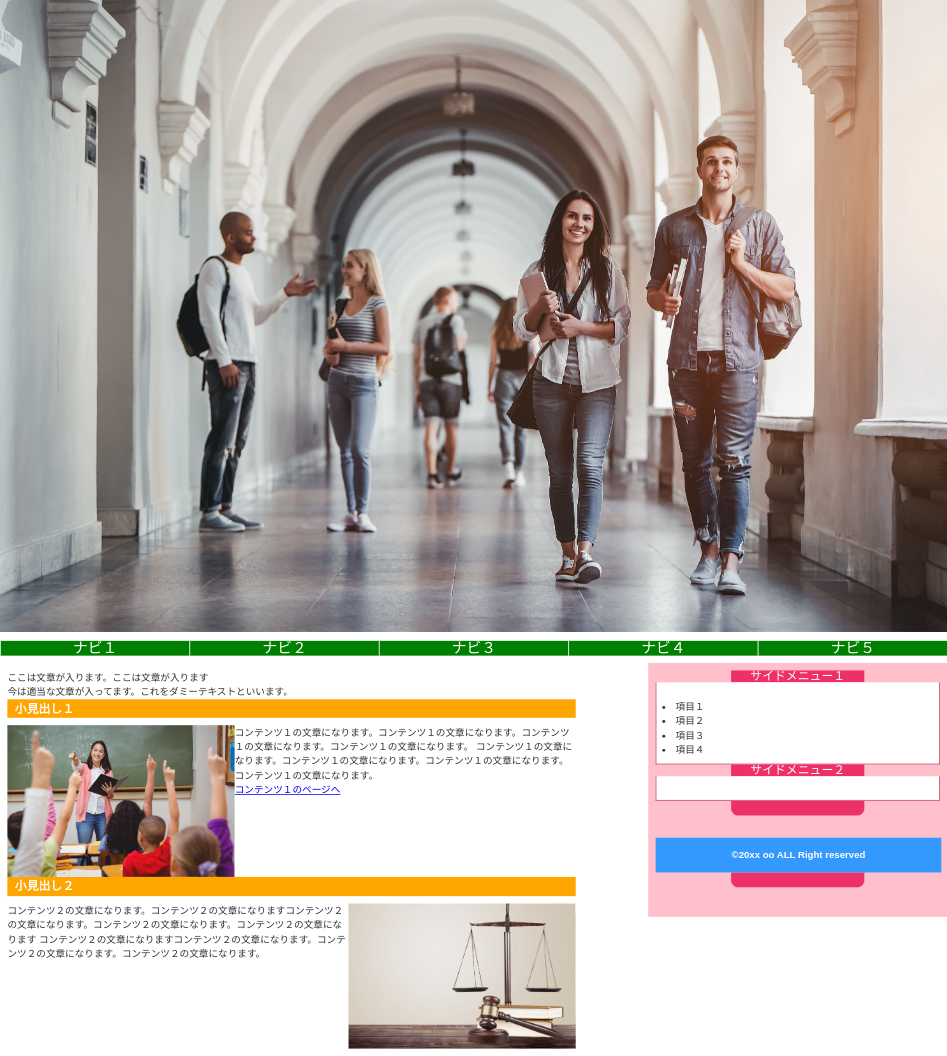
Repository: imhe07/samurai.html-css
Page: website.html
The author's editor kept a record of every edit. The page is drawn from the files as they stood at one moment, then again after the next edit.
The browser window is 1280 px wide. The pictures show the whole page, at 74% of full size.

Above is the page before.

### website.html
<!DOCTYPE html>
<html lang="ja">
<head>
  <meta charset="UTF-8">
  <link rel="stylesheet" href="stylesheet.css">
  <title>website</title>
</head>
<body>
  <div id="header">
    <h1><a href="website.html"><img id="corridor" src="images/samurai.jpg" alt="大学の廊下"/></h1></a>
  </div>
  <div id="wrapper">
    <div id="nav">
      <ul>
        <li><a href="website.html">ナビ１</a></li>
        <li><a href= "#">ナビ２</a></li>
        <li><a href= "#">ナビ３</a></li>
        <li><a href= "#">ナビ４</a></li>
        <li><a href= "#">ナビ５</a></li>
      </ul>
    </div>
  </div>
  <div id="container">
    <div id="main">
      <div class="post">
        <p>ここは文章が入ります。ここは文章が入ります<br />今は適当な文章が入ってます。これをダミーテキストといいます。</p>
      </div>
      <div class="clearfix">
        <h2>小見出し１</h2>
      </div>
      <img class="left" src="images/classroom.jpg" alt="教室の風景"/>
      <p>コンテンツ１の文章になります。コンテンツ１の文章になります。コンテンツ１の文章になります。コンテンツ１の文章になります。
         コンテンツ１の文章になります。コンテンツ１の文章になります。コンテンツ１の文章になります。コンテンツ１の文章になります。
      </p>
      <a href="#">コンテンツ１のページへ</a>
      <div class="clearfix">
        <h2>小見出し２</h2>
      </div>
      <img class="right" src="images/scale.jpg" alt="天秤"/>
      <p>コンテンツ２の文章になります。コンテンツ２の文章になりますコンテンツ２の文章になります。コンテンツ２の文章になります。コンテンツ２の文章になります
         コンテンツ２の文章になりますコンテンツ２の文章になります。コンテンツ２の文章になります。コンテンツ２の文章になります。
      </p>
     </div>
  </div>

  <div id=side>
    <div class=box>
      <h2>サイドメニュー１</h2>
      <div class="boxbody">
        <ul></ul>
        <li>項目１</li>
        <li>項目２</li>
        <li>項目３</li>
        <li>項目４</li>
      </div>

    <div class="box">
    <h2>サイドメニュー２</h2>
    <div class=boxbody>
      <ul></ul>
    </div>



  </div>

  <div id=footer>
    <p>&copy;20xx oo ALL Right reserved</p>
  </div>
</body>
</html>

### stylesheet.css
@charset"utf-8";

body{
  margin:0;
  padding:0;
  font-family: "ヒラギノ角ゴ Pro W3", "Hiragino Kaku Gothic Pro", "メイリオ", Meiryo, Osaka, "ＭＳ Ｐゴシック", "MS PGothic", sans-serif;
	color: #333;
	font-size:13px;
	line-height: 150%;
}
/*----------------------------wrapper------------------*/

#wrapper{
  width:100%;
  margin:auto;
  padding:0px;
  border: 0px;
  background-color: #FFF;
  top: 10px;
  position: relative;
}
/*-----------------header--------------*/
#header{
  width:100%;
}
#header h1{
  margin:0;
  padding:0;
}
#corridor{
  width:100%;
  height: auto;
}

#footer{
  width:100%;
  clear:both;
  background-color: #39f;
  color:#fff;
  font-weight:bold;
  text-align: center;
  padding:1px;
}
/*-----------------nav-------------------*/
#nav{
  width:100%;
}
#nav ul{
  margin:0;
  padding:0;
  list-style-type:none;
  display:flex;
}
#nav ul li{
  /*float:left;*/

  width:20%;
  text-align:center;
}
#nav ul li a{
  display:block;
  height:20px;
  margin:0px;
  color:#fff;
  background-color:green;
  font-size:20px;
  text-decoration:none;
  border-left:1px solid white;
}
#nav ul li a:hover{
  filter:drop-shadow(10px 10px 10px black);
}

/*-----------------main--------------*/
#container{
  width:100%;
  margin:auto;
  padding-top:20px;
  clear:both;
}
#main{
  width:60%;
  float:left;
  padding:10px 30px 10px 10px;
}

#main p{
  margin:0;
  padding:0;
}
#main h2{
  margin:0 0 10px 0;
  padding:3px 10px 3px 10px;
  background-color:orange;
  color:#fff;
  font-size:16px;
  clear:both;
}
#main.post{
  margin:0 0 30px 0;
}
#main.post img.left{
  margin:0 8px 0 0;
}
#main.post img.right{
  margin:0 0 0 8px;
}

.clearfix{
  zoom:1;
}
.clearfix:after{
  content: "";
  clear:both;
  display:block;
}

/*---------------images------------*/
.left{
  float:left;
  width:40%;
  height:auto;
}
.right{
  float:right;
  width:40%;
  height:auto;
}
/*--------------side----------*/
#side{
  float:right;
  background-color: pink;
  width:30%;
  padding:10px;
}
#side .box{
  margin:0 auto 30px auto;
  padding:0 0 20px 0;
  background: url(images/side_box.png) bottom no-repeat;
}
#side .box h2{
  margin:0;
  padding:0;
  text-align: center;
  color:#fff;
  font-size:16px;
  line-height:16px;
  font-weight: normal;
  background: url(images/sidebox_h2.png)center no-repeat;
}
.boxbody{
  padding:8px;
  border-right:solid 1px #c36;
  border-left:solid 1px #c36;
  border-bottom:solid 1px #c36;
  background:#fff;
}
#side .box .boxbody ul{
  margin:0 0 16px 0;
  padding:0;
}
#side .box .boxbody ul li{
  padding:8px 0 8px 4px;
  list-style:none;
  border-bottom: solid 1px #c36;
}
#side .box .boxbody ul li:hover{
  box-shadow: 0px 4px 4px rgba(0,0,0,0.3)
}

After the next edit:
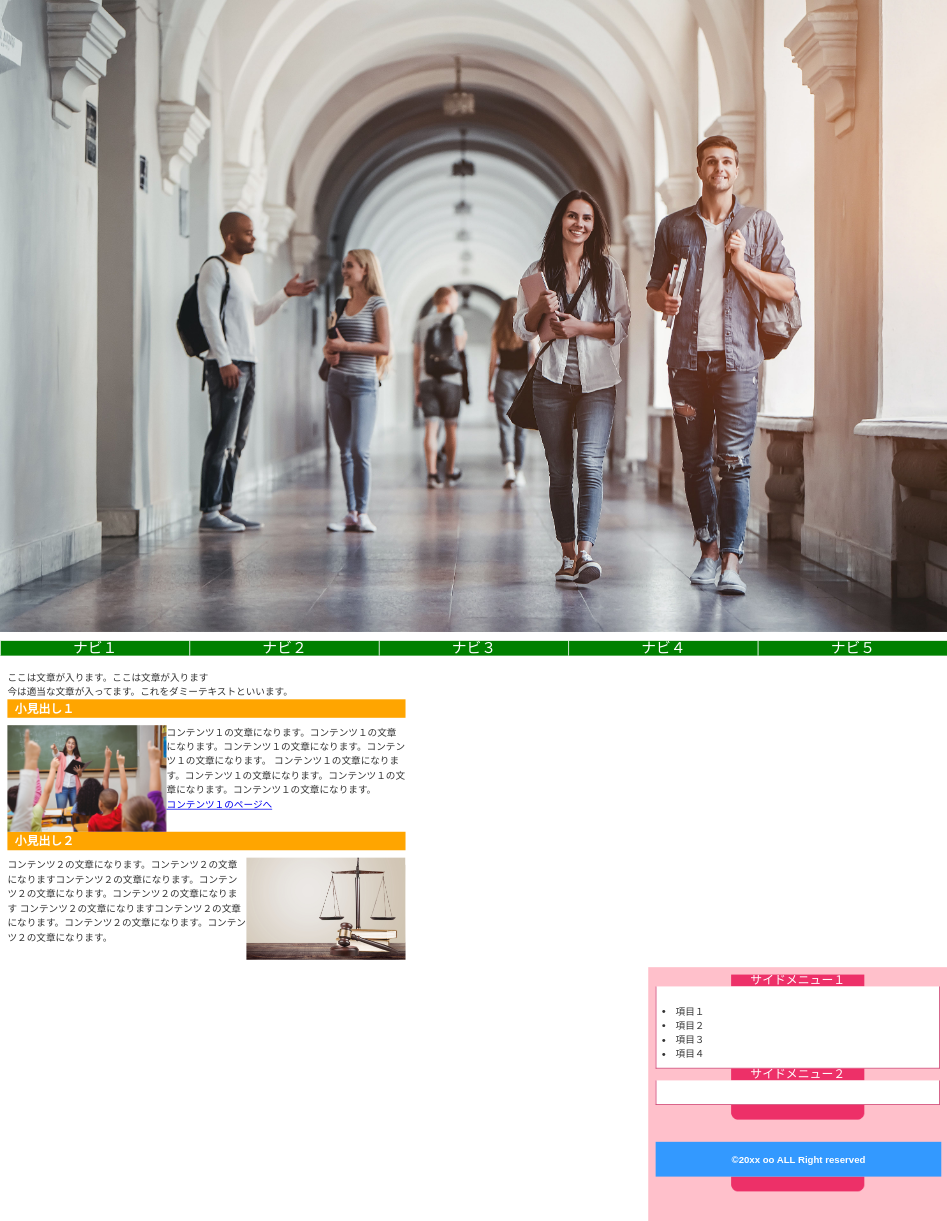
The edit:
--- a/stylesheet.css
+++ b/stylesheet.css
@@ -77,6 +77,8 @@
   margin:auto;
   padding-top:20px;
   clear:both;
+  display:grid;
+  grid-template-columns:70vw 30vw
 }
 #main{
   width:60%;
